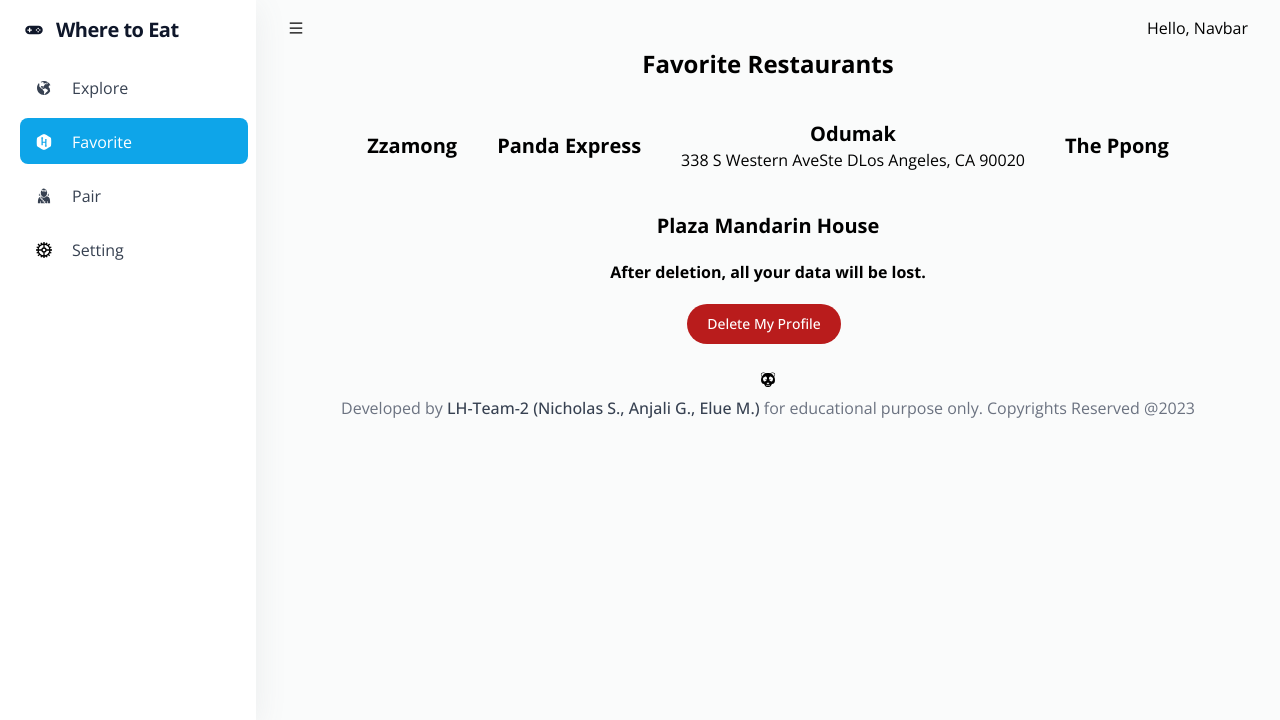
Repository: n-shen/where-to-eat
Page: /favorite (app in client/)
These files come from the project's save history. The page is drawn as it stood at one moment and after the next save; the edit follows.
The browser window is 1280 px wide. The pictures show the whole page.
The page's requests for data from a server got no answer. The project was rebuilt for these pictures with package versions that can differ from the ones it lists, and the page was loaded fresh each time. No one was signed in, and anything a server would have sent is missing. Also part of the build but not shown: client/src/data/cities.js, client/src/components/SearchForm.jsx, client/src/components/SearchResult.jsx, client/src/components/room.jsx, client/src/components/Room/Chat.jsx, client/src/components/Room/Selection.jsx, client/src/components/Room/Intro.jsx, client/src/components/Room/Game.jsx and 5 more.

Above is the page before, as saved 2023-05-05 19:45:45.

### client/src/index.js
import React from "react";
import ReactDOM from "react-dom/client";
import "./index.css";
import App from "./App";
import { ContextProvider } from "./contexts/ContextProvider";

const root = ReactDOM.createRoot(document.getElementById("root"));
root.render(
  <ContextProvider>
    <App />
  </ContextProvider>
);

### client/src/index.css
@import url('https://fonts.googleapis.com/css2?family=Open+Sans:wght@400;500;600;700&display=swap');

body {
  margin: 0;
  padding:0;
  font-family: "Open Sans", sans-serif;
}

@tailwind base;
@tailwind components;
@tailwind utilities;

### client/src/App.js
import React, { useEffect } from "react";
import { BrowserRouter, Routes, Route } from "react-router-dom";

import { Navbar, Sidebar, RoomPage } from "./components";
import {Favorite, Home} from "./pages";

import { useStateContext } from "./contexts/ContextProvider";
import "./App.css";

// import axios from "axios";

function App() {
  const { shared_info, activeMenu } = useStateContext();

  // const baseURL = shared_info.baseURL;

  return (
      <div>
        <BrowserRouter>
          <div className="flex relative dark:bg-main-dark-bg">
            {activeMenu ? (
                <div className="w-64 fixed sidebar dark:bg-secondary-dark-bg bg-white">
                  <Sidebar />
                </div>
            ) : (
                <div className="w-0 dark:bg-secondary-dark-bg">
                  <Sidebar />
                </div>
            )}

            <div
                className={`dark:bg-main-bg bg-main-bg min-h-screen w-full ${
                    activeMenu ? "md:ml-64" : " flex-2"
                }`}
            >
              <div className="fixed md:static bg-main-bg dark:bg-main-dark-bg navbar w-full">
                <Navbar />
              </div>

              <div>
                <Routes>
                  <Route path="/" element={<Home />}></Route>
                  <Route path="/favorite" element={<Favorite />}></Route>
                  <Route path="/room" element={<RoomPage />}></Route>
                </Routes>
              </div>
            </div>
          </div>
        </BrowserRouter>
      </div>
  );
}

export default App;

### client/src/contexts/ContextProvider.jsx
import React, { createContext, useContext, useState } from "react";
import { io } from "socket.io-client";

const StateContext = createContext();

const shared_info = {
  serverURL: "http://localhost:8080",
  apiURL: "http://localhost:8080/api/v1",
};

const socket = io(shared_info.serverURL);

export const ContextProvider = ({ children }) => {
  const [screenSize, setScreenSize] = useState(undefined);
  const [activeMenu, setActiveMenu] = useState(true);
  const [userProfile, setUserProfile] = useState(undefined);
  const [gameBegin, setGameBegin] = useState(false);
  const [gameIntroBegin, setGameIntroBegin] = useState(false);
  const [selectionBegin, setSelectionBegin] = useState(false);
  const [waiting, setWaiting] = useState(false);
  const [partnerReady, setPartnerReady] = useState(false);
  const [partnerAction, setPartnerAction] = useState("");
  const [displayCross, setDisplayCross] = useState(false);
  const [displayFinal, setDisplayFinal] = useState("");

  const [localStore, setLocalStore] = useState(null);

  const [queryResults, setQueryResults] = useState(null);

  return (
    <StateContext.Provider
      value={{
        socket,
        shared_info,
        userProfile,
        setUserProfile,
        activeMenu,
        setActiveMenu,
        screenSize,
        setScreenSize,
        selectionBegin,
        setSelectionBegin,
        waiting,
        setWaiting,
        gameIntroBegin,
        setGameIntroBegin,
        gameBegin,
        setGameBegin,
        partnerReady,
        setPartnerReady,
        partnerAction,
        setPartnerAction,
        displayCross,
        setDisplayCross,
        displayFinal,
        setDisplayFinal,
        queryResults,
        setQueryResults,
        localStore,
        setLocalStore,
      }}
    >
      {children}
    </StateContext.Provider>
  );
};

export const useStateContext = () => useContext(StateContext);

### client/src/components/index.js
export { default as Navbar } from "./Navbar";
export { default as Sidebar } from "./Sidebar";
export { default as Footer } from "./Footer";
export { default as SearchForm } from "./SearchForm";
export { default as SearchResult } from "./SearchResult";
export { default as RoomPage } from "./room";
export { default as Room } from "./Room/Room";

### client/src/pages/index.jsx
export { default as Home } from "./Home";
export { default as Favorite } from "./Favorite";

### client/src/App.css
.sidebar {
  box-shadow: rgb(113 122 131 / 11%) 0px 7px 30px 0px;
}
.nav-item,
.navbar {
  z-index: 10000;
}
@media  screen and (max-width:800px) {
  .sidebar{
    z-index: 10000000;
  }
}

.e-dlg-center-center, .e-quick-popup-wrapper.e-device{
  z-index: 1000000 !important;
}

::-webkit-scrollbar {
  width: 6px;
}
::-webkit-scrollbar-thumb {
  background-color: rgb(216, 216, 216);
  border-radius: 40px;
}
::-webkit-scrollbar-track {
  background-color: transparent;
}

/* color-picker style  */

#preview {
  background: transparent
  url('https://ej2.syncfusion.com/react/demos/src/color-picker/images/pen.png')
  no-repeat;
  display: inline-block;
  height: 80px;
  margin: 10px 0;
  min-width: 300px;
  max-width: 600px;
  background-color: #008000;
}

.e-input-group:not(.e-float-icon-left), .e-input-group.e-success:not(.e-float-icon-left), .e-input-group.e-warning:not(.e-float-icon-left), .e-input-group.e-error:not(.e-float-icon-left), .e-input-group.e-control-wrapper:not(.e-float-icon-left), .e-input-group.e-control-wrapper.e-success:not(.e-float-icon-left), .e-input-group.e-control-wrapper.e-warning:not(.e-float-icon-left), .e-input-group.e-control-wrapper.e-error:not(.e-float-icon-left){
  border: none;
}

### client/src/components/Navbar.jsx
import React, { useEffect } from "react";
import { useStateContext } from "../contexts/ContextProvider";
import { AiOutlineMenu } from "react-icons/ai";

const Navbar = () => {
    const { activeMenu, setActiveMenu, setScreenSize, screenSize, userProfile } =
        useStateContext();

    useEffect(() => {
        const handleResize = () => setScreenSize(window.innerWidth);

        window.addEventListener("resize", handleResize);

        handleResize();

        return () => window.removeEventListener("resize", handleResize);
    }, [setScreenSize]);

    useEffect(() => {
        if (screenSize <= 900) {
            setActiveMenu(false);
        } else {
            setActiveMenu(true);
        }
    }, [screenSize, setScreenSize, setActiveMenu]);

    const handleActiveMenu = () => setActiveMenu(!activeMenu);

    return (
        <div className="mt-2 flex justify-between p-2 md:ml-6 md:mr-6 relative">
            <button onClick={handleActiveMenu}>
                <AiOutlineMenu />
            </button>
            <div>
                <p className={screenSize >= 900 ? "" : "text-xs"}>Hello, Navbar</p>
                {userProfile && (
                    <div className="flex items-center gap-2 p-1 rounded-lg text-right">
                        <p className={screenSize >= 900 ? "" : "text-xs"}>
                            <span className="text-gray-400 text-14">Hi,</span>{" "}
                            <span className="text-gray-400 font-bold ml-1 text-14">
                {userProfile["name"]}
              </span>{" "}
                            <span className="text-gray-400 text-14">from</span>
                            <span className="text-gray-400 font-bold ml-1 text-14">
                {userProfile["city"]}
              </span>{" "}
                        </p>
                    </div>
                )}
            </div>
        </div>
    );
};

export default Navbar;

### client/src/components/Sidebar.jsx
import React from "react";
import { Link, NavLink } from "react-router-dom";
import { GiEarthAmerica, GiFrankensteinCreature } from "react-icons/gi";
import { GrSettingsOption } from "react-icons/gr";
import { IoLogoGameControllerA } from "react-icons/io";
import { FaHackerrank } from "react-icons/fa";
import { MdOutlineCancel } from "react-icons/md";
import { useStateContext } from "../contexts/ContextProvider";

const Sidebar = () => {
    const { activeMenu, setActiveMenu, screenSize } = useStateContext();

    const handleCloseSideBar = () => {
        if (activeMenu !== undefined && screenSize <= 900) {
            setActiveMenu(false);
        }
    };

    const activeLink =
        "flex items-center gap-5 pl-4 pt-3 pb-2.5 rounded-lg text-white text-md m-2 bg-sky-500/100";
    const normalLink =
        "flex items-center gap-5 pl-4 pt-3 pb-2.5 rounded-lg text-md text-gray-700 dark:text-gray-200 dark:hover:text-black hover:bg-light-gray m-2";

    return (
        <div className="ml-3 h-screen md:overflow-hidden overflow-auto md:hover:overflow-auto pb-10">
            {activeMenu && (
                <>
                    <div className="flex justify-between items-center">
                        <Link
                            to="/"
                            onClick={handleCloseSideBar}
                            className="items-center gap-3 ml-3 mt-4 flex text-xl font-extrabold tracking-tight dart:text-white text-slate-900"
                        >
                            <IoLogoGameControllerA />
                            <span>Where to Eat</span>
                        </Link>

                        <div>
                            <button
                                type="button"
                                onClick={() => setActiveMenu(!activeMenu)}
                                className="text-xl rounded-full p-3 hover:bg-light-gray mt-4 block md:hidden"
                            >
                                <MdOutlineCancel />
                            </button>
                        </div>
                    </div>
                    <div className="mt-5">
                        <NavLink
                            to="/"
                            key="Home"
                            onClick={handleCloseSideBar}
                            className={({ isActive }) => (isActive ? activeLink : normalLink)}
                        >
                            <GiEarthAmerica />
                            <span>Explore</span>
                        </NavLink>

                        <NavLink
                            to="/favorite"
                            key="Favorite"
                            onClick={handleCloseSideBar}
                            className={({ isActive }) => (isActive ? activeLink : normalLink)}
                        >
                            <FaHackerrank />
                            <span>Favorite</span>
                        </NavLink>

                        <NavLink
                            to="/room"
                            key="RoomPage"
                            onClick={handleCloseSideBar}
                            className={({ isActive }) => (isActive ? activeLink : normalLink)}
                        >
                            <GiFrankensteinCreature />
                            <span>Pair</span>
                        </NavLink>

                        <NavLink
                            to="/setting"
                            key="Setting"
                            onClick={handleCloseSideBar}
                            className={({ isActive }) => (isActive ? activeLink : normalLink)}
                        >
                            <GrSettingsOption />
                            <span>Setting</span>
                        </NavLink>
                    </div>
                </>
            )}
        </div>
    );
};

export default Sidebar;

### client/src/components/Footer.jsx
import React from "react";
import { GiPanda } from "react-icons/gi";

const Footer = () => {
    return (
        <div className="mt-5 mb-5 ">
            <div className="flex justify-center mb-2">
                <GiPanda />
            </div>

            <p className="text-center text-gray-500 dark:text-gray-400">
                Developed by{" "}
                <span className="font-medium text-gray-700 dark:text-blue-500 hover:no-underline">
          LH-Team-2 (Nicholas S., Anjali G., Elue M.)
        </span>{" "}
                for educational purpose only. Copyrights Reserved @2023
            </p>
        </div>
    );
};

export default Footer;

### client/src/pages/Favorite.jsx
import React, { useState } from "react";
import { useStateContext } from "../contexts/ContextProvider";
import { Footer } from "../components";
import axios from "axios";

export const restaurants = [
  {
    name: "Zzamong",
    image: "https://s3-media2.fl.yelpcdn.com/bphoto/6AUVIwPCv8wCZ9FYeCfocw/o.jpg",
    id: 1,
  },
  {
    name: "Panda Express",
    image: "https://s3-media4.fl.yelpcdn.com/bphoto/44dT6JEXkhMrtUcps1a5jw/o.jpg",
    id: 2,
  },
  {
    id: 3,
    name: "Odumak",
    image: "https://s3-media1.fl.yelpcdn.com/bphoto/hKaezVO6_0F50RXmfH7WBQ/o.jpg",
    address: [
      "338 S Western Ave",
      "Ste D",
      "Los Angeles, CA 90020"
  ],
  },
  {
    name: "The Ppong",
    image: "https://s3-media3.fl.yelpcdn.com/bphoto/Li5i5N_Y7VwLTsJvLA2pKw/o.jpg",
    id: 4,
  },
  {
    name: "Plaza Mandarin House",
    image: "https://s3-media1.fl.yelpcdn.com/bphoto/1nVrf8ItPD0dF_97JGQEzw/o.jpg",
    id: 5,
  },
];

const Favorite = () => {
  const { shared_info, screenSize, userProfile } = useStateContext();
  const baseURL = shared_info.baseURL;

  return (
    <div className={screenSize >= 900 ? "mt-0" : "mt-16"}>
      <h1 className="text-center font-bold text-2xl mb-5">
        Favorite Restaurants
      </h1>
      <FavoriteList />
      <h2 className="text-center font-bold">
        After deletion, all your data will be lost.
      </h2>
      <div className="flex justify-center">
        <button
          type="button"
          className="mt-5 text-white bg-red-700 hover:bg-red-800 focus:outline-none focus:ring-4 focus:ring-red-300 font-medium rounded-full text-sm px-5 py-2.5 text-center mr-2 mb-2 dark:bg-red-600 dark:hover:bg-red-700 dark:focus:ring-red-900"
        >
          Delete My Profile
        </button>
      </div>

      <Footer />
    </div>
  );
};

export default Favorite;

export const FavoriteList = () => {
  return (
    <div className="flex flex-col items-center justify-center">
      <ul className="flex flex-wrap justify-center">
        {restaurants.map((restaurant, index) => (
          <li
            key={index}
            className="flex flex-col items-center justify-center m-5"
          >
            {/* <img
              src={restaurant.image}
              alt={restaurant.alt}
              className="bg-black w-64 h-64 object-cover shadow-md rounded"
            /> */}
            <h2
              htmlFor={restaurant.name}
              className="text-xl font-bold text-center"
            >
              {restaurant.name}
            </h2>
            <p>{restaurant.address}</p>
          </li>
        ))}
      </ul>
    </div>
  );
};

### client/tailwind.config.js
/** @type {import('tailwindcss').Config} */
module.exports = {
    content: ["./src/**/*.{js,jsx,ts,tsx}"],
    darkMode: "class",
    theme: {
        fontFamily: {
            display: ["Open Sans", "sans-serif"],
            body: ["Open Sans", "sans-serif"],
        },
        extend: {
            fontSize: {
                14: "14px",
            },
            backgroundColor: {
                "main-bg": "#FAFBFB",
                "main-dark-bg": "#20232A",
                "secondary-dark-bg": "#33373E",
                "light-gray": "#F7F7F7",
                "half-transparent": "rgba(0, 0, 0, 0.5)",
            },
            borderWidth: {
                1: "1px",
            },
            borderColor: {
                color: "rgba(0, 0, 0, 0.1)",
            },
            width: {
                400: "400px",
                760: "760px",
                780: "780px",
                800: "800px",
                1000: "1000px",
                1200: "1200px",
                1400: "1400px",
            },
            height: {
                80: "80px",
            },
            minHeight: {
                590: "590px",
            },
        },
    },
    plugins: [],
};

Loaded but not shown: client/public/index.html (common file)

After the next save:
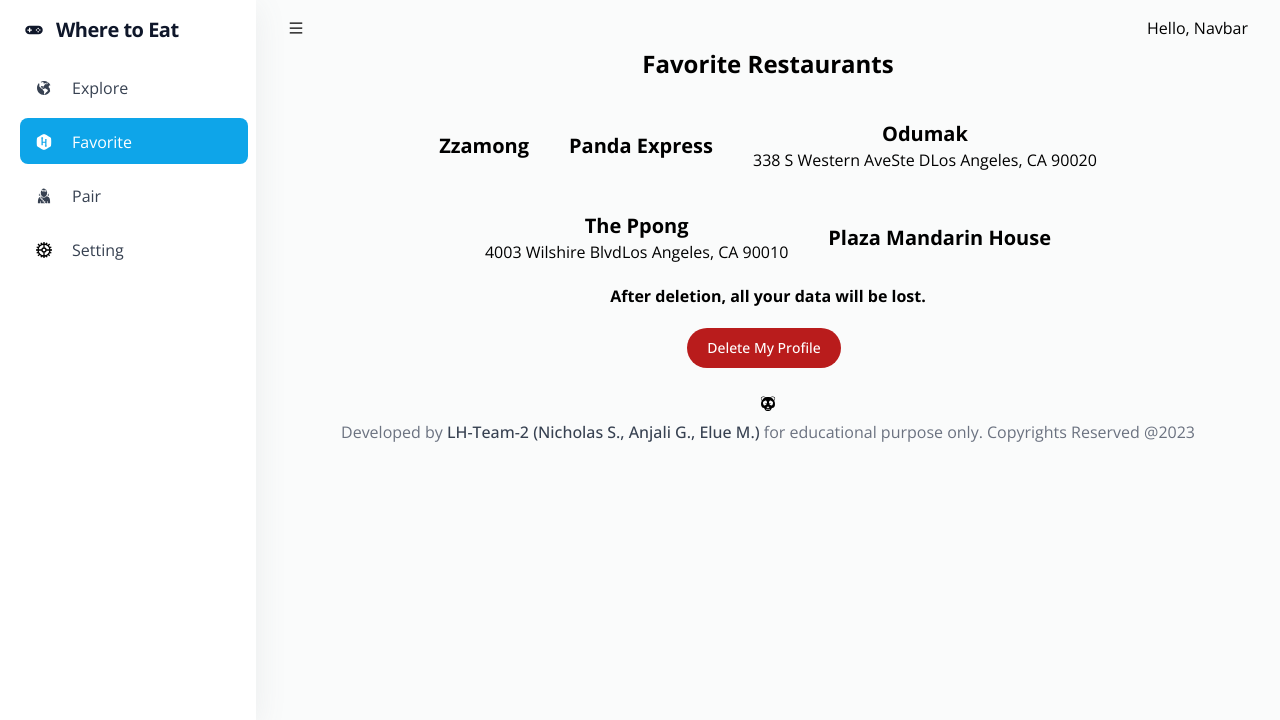
Saved 71 s later.
--- a/client/src/pages/Favorite.jsx
+++ b/client/src/pages/Favorite.jsx
@@ -25,9 +25,13 @@
   ],
   },
   {
+    id: 4,
     name: "The Ppong",
     image: "https://s3-media3.fl.yelpcdn.com/bphoto/Li5i5N_Y7VwLTsJvLA2pKw/o.jpg",
-    id: 4,
+    address: [
+      "4003 Wilshire Blvd",
+      "Los Angeles, CA 90010"
+  ],
   },
   {
     name: "Plaza Mandarin House",
